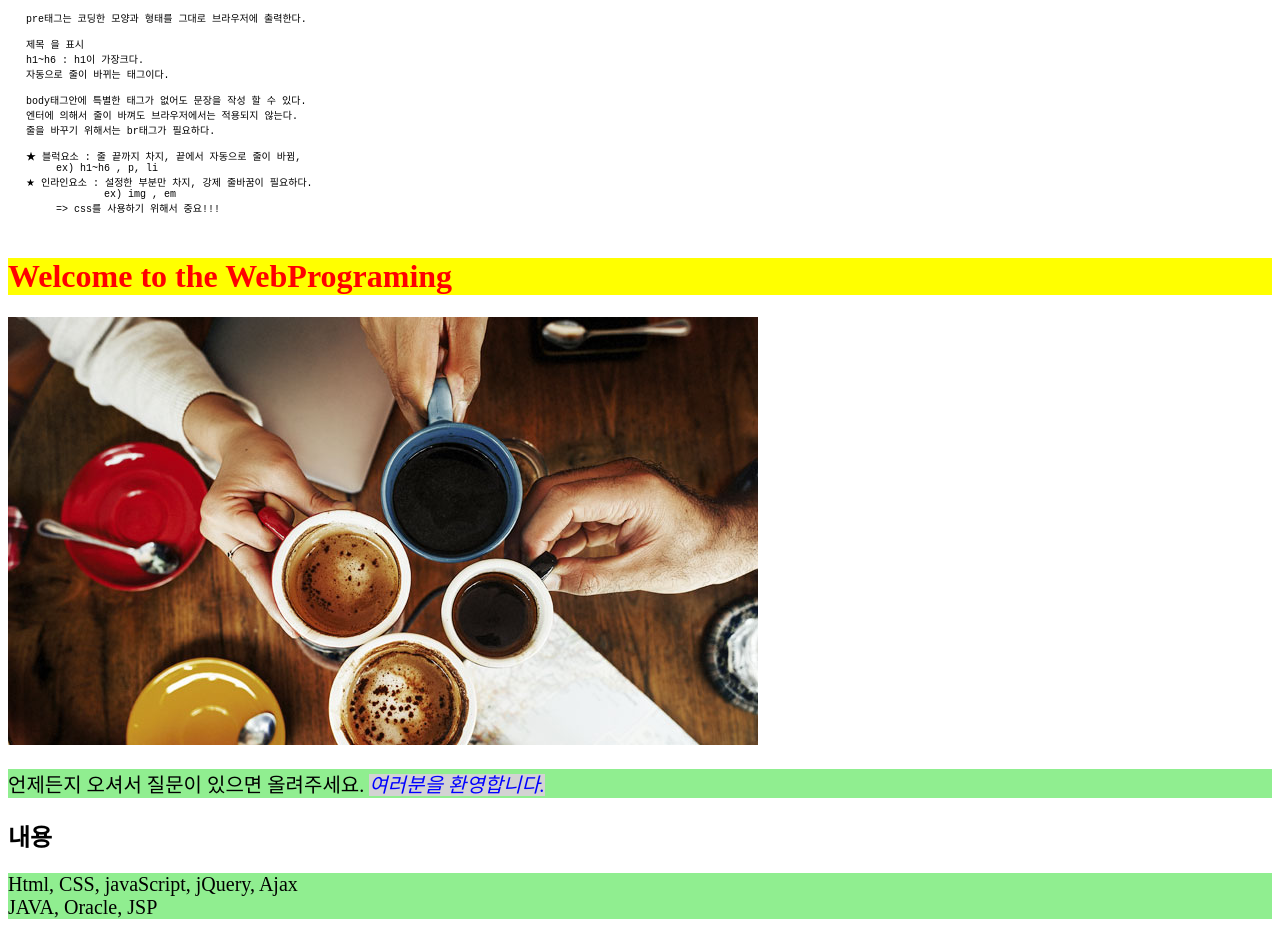
Repository: yul3220/WebProgrammingLecture
Page: http://localhost/webpro/2021-01-04/sample1.html
The author's editor kept a copy of each file at every save. The page is drawn from the files as they stood at one save, then again after the next save.
The browser window is 1280 px wide. The pictures show the whole page.
The page is served by Tomcat 9.

Above is the page before, as saved 2021-01-07 03:19:55.

### webpro/WebContent/2021-01-04/sample1.html
<!doctype html>
<html>
 <head>
  <meta charset = "UTF-8">
  <title>첫번째 문서</title>
  <link rel="stylesheet" href="../css/public.css"><!--외부 스타일-->
  <style><!--이 파일에만 지정되는 스타일이다/ 내부스타일-->
	h1{
	  color : red;
	  background-color : yellow;
	}
	p{
	 font-size : 20px;
	 background-color : lightgreen;<!--사이트를 보면 처음부터 끝까지 적용되기 때문에 블럭요소이다.-->
	}
	em{
	  color : blue;
	  background-color : lightgray;
	}
	h1{
	  background-color : yellow;
	  color : red;
	}
  </style>
 </head>

 <body>
 <pre>
   pre태그는 코딩한 모양과 형태를 그대로 브라우저에 출력한다.

   제목 을 표시
   h1~h6 : h1이 가장크다.
   자동으로 줄이 바뀌는 태그이다.

   body태그안에 특별한 태그가 없어도 문장을 작성 할 수 있다.
   엔터에 의해서 줄이 바껴도 브라우저에서는 적용되지 않는다.
   줄을 바꾸기 위해서는 br태그가 필요하다.

   ★ 블럭요소 : 줄 끝까지 차지, 끝에서 자동으로 줄이 바뀜,
        ex) h1~h6 , p, li
   ★ 인라인요소 : 설정한 부분만 차지, 강제 줄바꿈이 필요하다.
		ex) img , em
	=> css를 사용하기 위해서 중요!!!
   <!--pre안에서는 띄어쓰기나 엔터한것이 그대로 표시 / pre를 벗어난곳은 엔터나 띄어쓰기의 영향을 받지 않음-->
 </pre>
   <h1>Welcome to the WebPrograming</h1>
   <!--<h2>Welcome to the WebPrograming</h2>
   <h3>Welcome to the WebPrograming</h3>
   <h4>Welcome to the WebPrograming</h4>
   <h5>Welcome to the WebPrograming</h5>
   <h6>Welcome to the WebPrograming</h6>
   h1에서 h6은 자동으로 줄바꿈을 해준다-->
 <img src = "../images/coffee1.jpg"><!-- ../ 파일을 벗어나서 한칸위로 올라가는 것-->
 <br><!--br : 한줄띄어쓰기르르 해줄수 있는 명령어-->
 <p>언제든지 오셔서 질문이 있으면 올려주세요.
 <em>여러분을 환영합니다.</em></p>
  <!--p태그를 통해 style을 줄 수 있음 , em은 기울기를 해줌-->
 <h2>내용</h2>
 <p>Html, CSS, javaScript, jQuery, Ajax<br>
 JAVA, Oracle, JSP</p>
 </body>
</html>

### webpro/WebContent/css/public.css
@CHARSET "UTF-8";
pre{
	background-color : #FFFFFF;
	font-size : 10px;
}

After the next save:
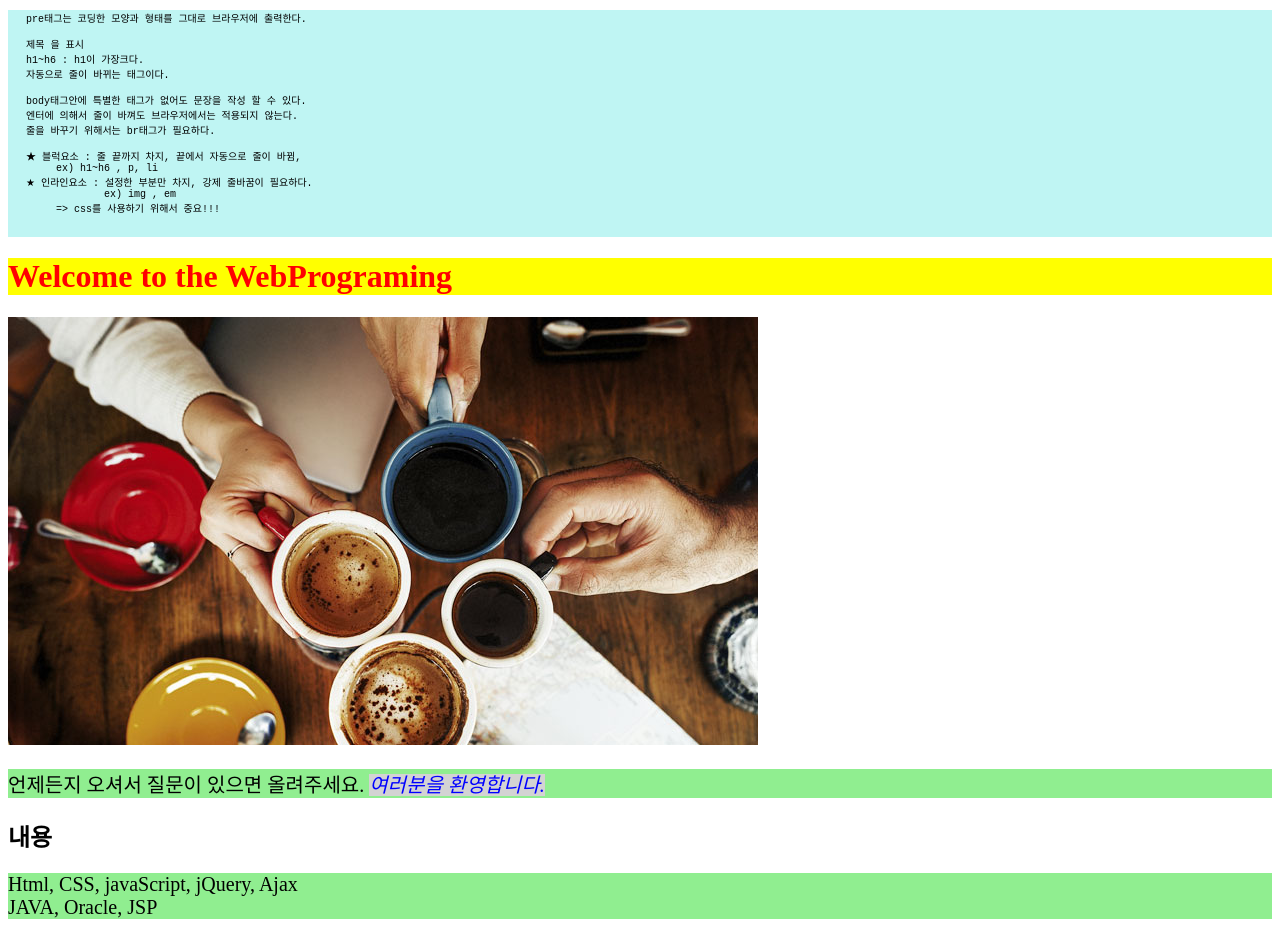
Saved 48 s later.
--- a/webpro/WebContent/css/public.css
+++ b/webpro/WebContent/css/public.css
@@ -1,5 +1,5 @@
 @CHARSET "UTF-8";
 pre{
-	background-color : #FFFFFF;
+	background-color : #BFF5F3;
 	font-size : 10px;
 }
